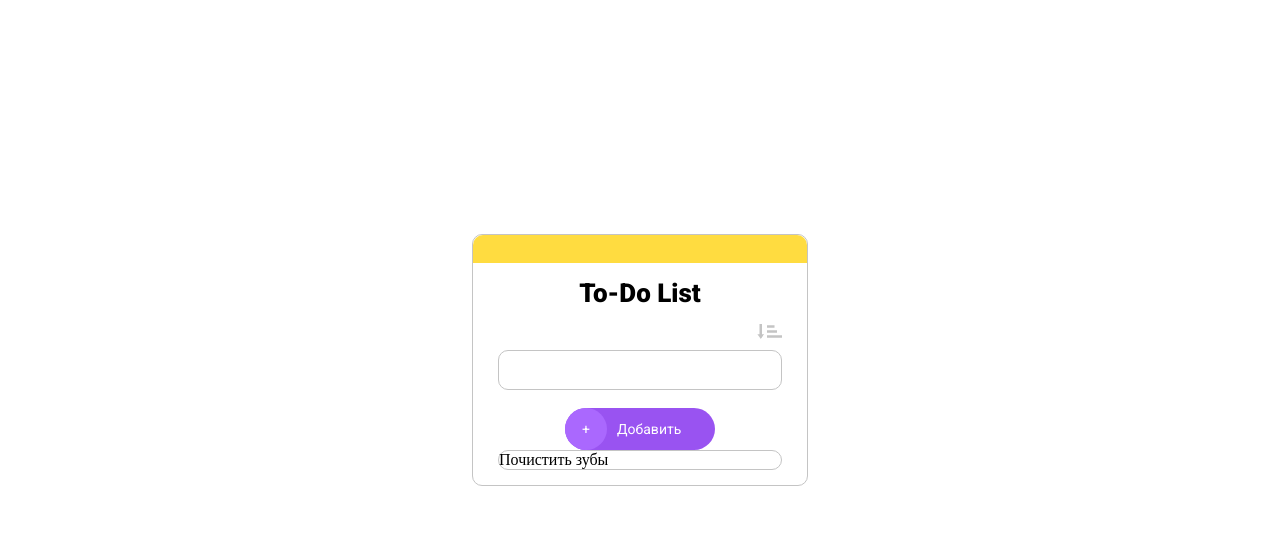
Repository: PoladEziz/Task-15
Page: index.html
An editor plug-in stored every save of this project. The page is shown before and after the next save, followed by the edit.
The browser window is 1280 px wide. The pictures show the whole page.
The style sheet was rebuilt from its Sass, Less or Tailwind sources for each picture, by a compiler version that may differ from the author's.

Above is the page before, as saved 2023-08-10 15:48:35.

### index.html
<!DOCTYPE html>
<html lang="en">
<head>
    <meta charset="UTF-8">
    <meta name="viewport" content="width=device-width, initial-scale=1.0">
    <title>Document</title>
    <link rel="stylesheet" href="./index.css">
</head>
<body>
    <div class="main">
        <div class="box">
            <div class="box-top"></div>
            <div class="box-bottom">
                <h1>To-Do List</h1>
                <form action="">
                    <img src="./img/Group 38 (1).png" alt="">
                    <input type="text">
                    <button><div>+</div><p>Добавить</p></button>

                </form>
                <ul>
                    <li>
                        <p>Почистить зубы</p>
                    </li>
                </ul>

            </div>
        </div>
    </div>

</body>
<script src="./index.js"></script>
</html>

### index.scss
@import url("https://fonts.googleapis.com/css2?family=Roboto:wght@400;900&display=swap");
* {
  margin: 0;
  padding: 0;
  box-sizing: border-box;
}
.main {
  width: 100%;
  height: 100vh;
  display: flex;
  align-items: center;
  justify-content: center;
  .box {
    width: 336px;
    /* min-height: 236px; */
    border-radius: 10px;
    border: 1px solid #c4c4c4;
    background: rgba(196, 196, 196, 0);
    .box-top {
      width: 100%;
      height: 28px;
      background-color: #ffdc40;
      border-top-left-radius: 10px;
      border-top-right-radius: 10px;
    }
    .box-bottom {
      width: 100%;
      padding: 15px 25px;

      h1 {
        margin-bottom: 16px;
        color: #000;
        text-align: center;
        font-family: Roboto;
        font-size: 26px;
        font-style: normal;
        font-weight: 900;
        line-height: normal;
        text-transform: capitalize;
      }
      form {
        display: flex;
        flex-direction: column;
        align-items: center;
        img {
          width: 25px;
          height: 15px;
          margin-left: auto;
          margin-bottom: 11px;
        }
        input {
          width: 100%;
          height: 40px;
          margin-bottom: 18px;
          border-radius: 10px;
          border: 1px solid #c4c4c4;
          background: rgba(196, 196, 196, 0);
          color: #000;
          font-family: Roboto;
          font-size: 14px;
          font-style: normal;
          font-weight: 400;
          line-height: normal;
        }
        button {
          width: 150px;
          height: 42px;
          background-color: #9953f1;
          border: none;
          border-radius: 71px;
          display: flex;
          align-items: center;
          p {
            margin-left: 10px;
            color: #ffff;
            text-align: center;
            font-family: Roboto;
            font-size: 14px;
            font-style: normal;
            font-weight: 400;
            line-height: normal;
          }
          div {
            width: 42px;
            height: 42px;
            border-radius: 50%;
            display: flex;
            align-items: center;
            justify-content: center;
            color: #fff;
            text-align: center;
            font-family: Roboto;
            font-size: 14px;
            font-style: normal;
            font-weight: 400;
            line-height: normal;
            background-color: #aa68fe;
          }
        }
      }
      ul {
        border-radius: 10px;
        border: 1px solid #c4c4c4;
        background: rgba(196, 196, 196, 0);
        li {
          list-style-type: none;
        }
      }
    }
  }
}

Loaded but not shown: index.js (no stored copy; drawn as an empty file)

After the next save:
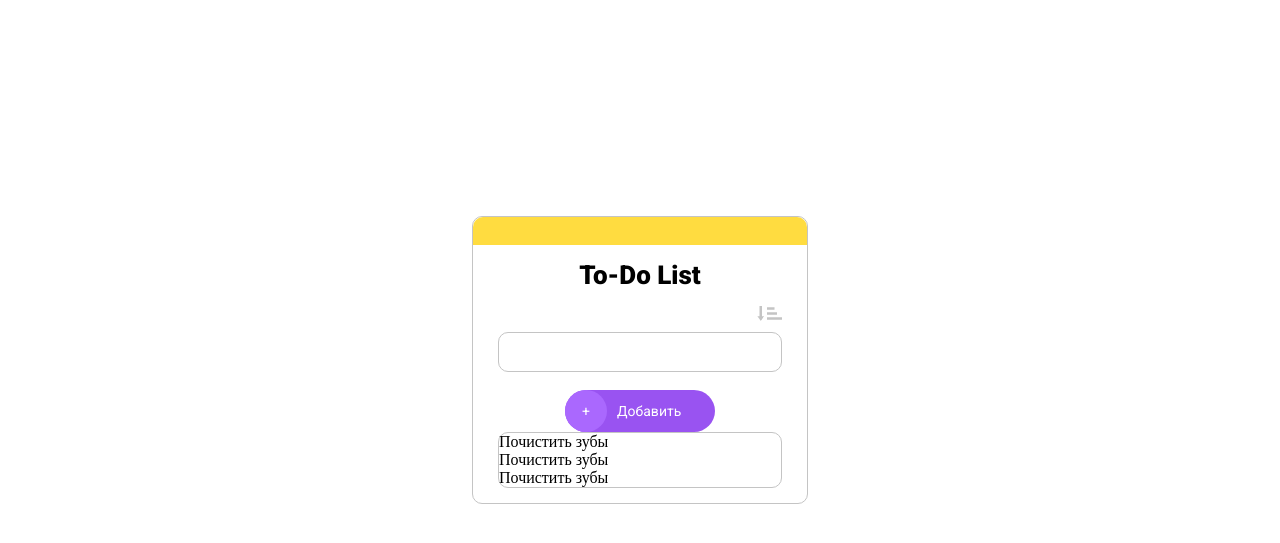
Saved 14 s later.
--- a/index.html
+++ b/index.html
@@ -22,6 +22,12 @@
                     <li>
                         <p>Почистить зубы</p>
                     </li>
+                    <li>
+                        <p>Почистить зубы</p>
+                    </li>
+                    <li>
+                        <p>Почистить зубы</p>
+                    </li>
                 </ul>
 
             </div>
